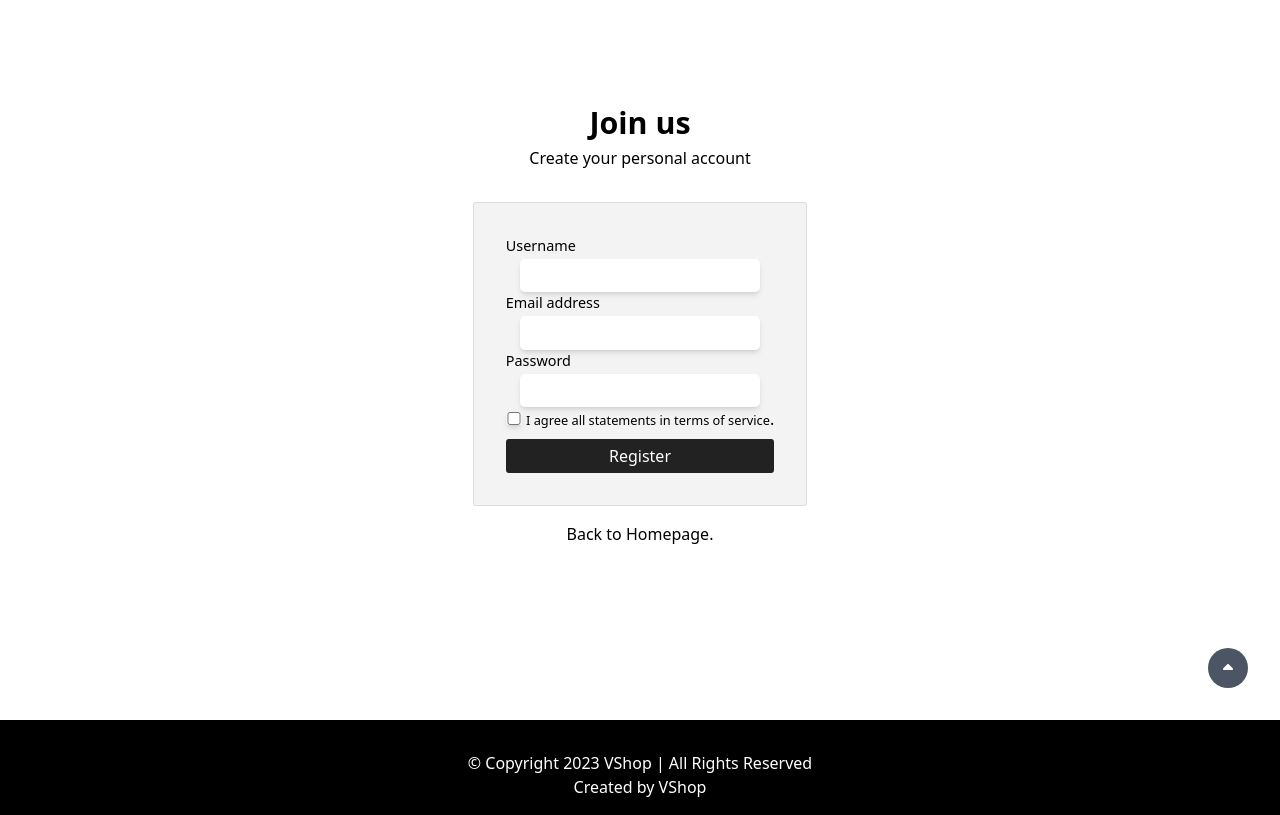
Repository: Kith933UTH/VSHOP
Page: /register
These files come from the project's save history. The page is drawn as it stood at one moment and after the next save; the edit follows.
The browser window is 1280 px wide. The pictures show the whole page.
Pictures or frames that could not be fetched are drawn as grey boxes. The project was rebuilt for these pictures with package versions that can differ from the ones it lists, and the page was loaded fresh each time. Also part of the build but not shown: src/components/product-item/ProductItem.js, src/components/loader/Loader.js, src/constants/constants.js, src/components/product-filters/Category.js, src/components/product-filters/Price.js, src/components/product-filters/Rating.js, src/components/product-filters/ProductFilters.js, src/components/cart-shopping/CartEmpty.js and 18 more.

Above is the page before, as saved 2023-08-02 15:56:36.

After the next save:
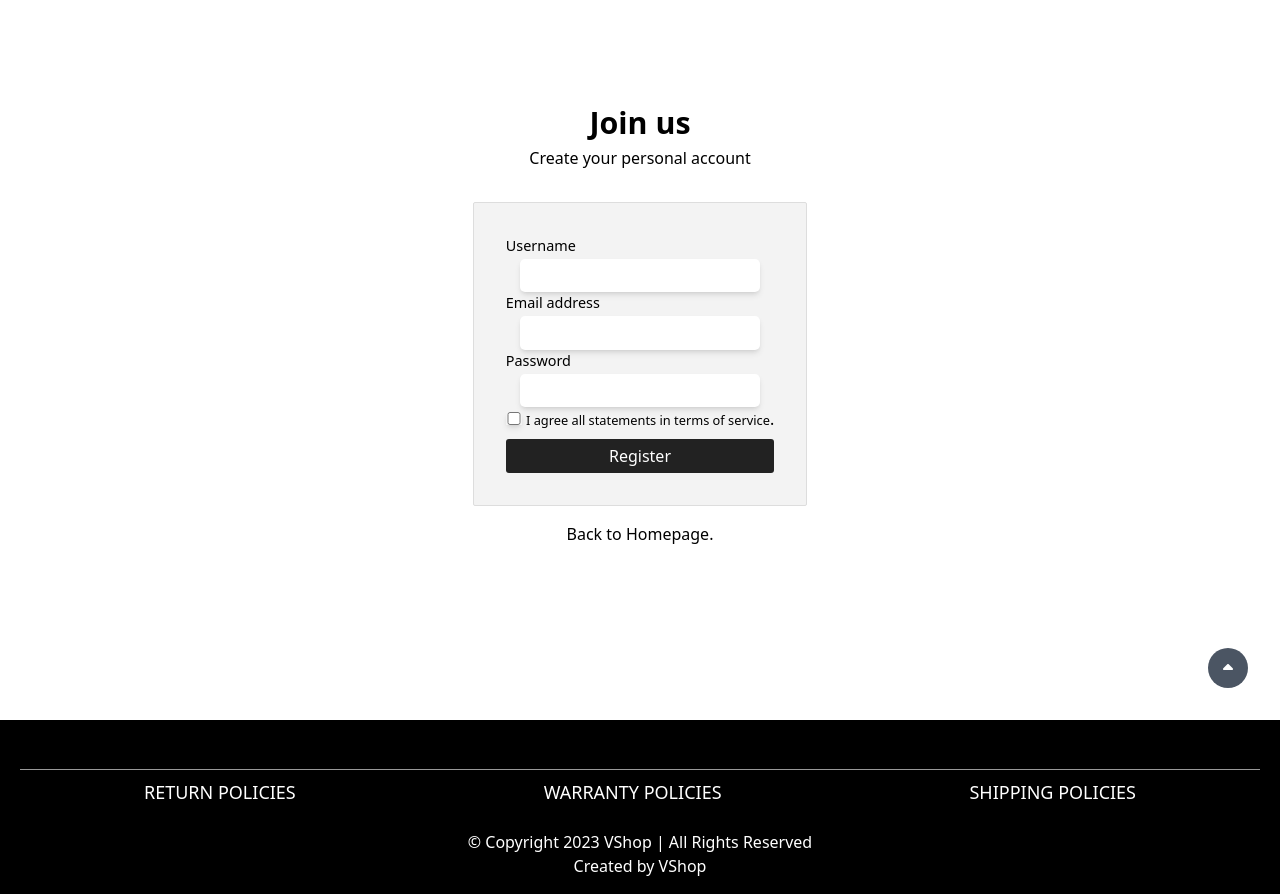
Saved 4 min 33 s later.
--- a/src/components/contact/reponsive.css
+++ b/src/components/contact/reponsive.css
@@ -1,6 +1,6 @@
 @media screen and (max-width: 1360px) {
     .contact-section {
-        height: 96vh;
+        height: 107vh;
     }
     .form-area .form-wrap {
         width: 90%;

After the 2 saves that followed:
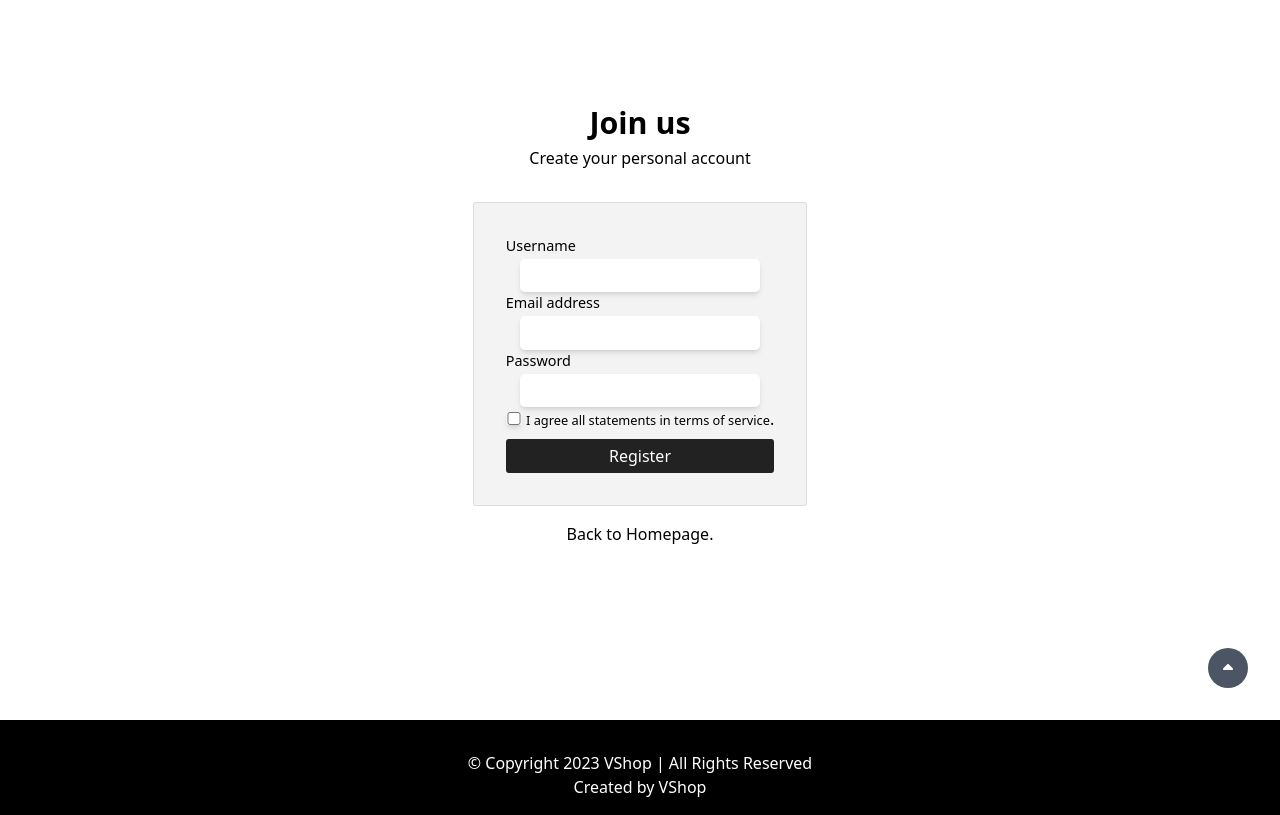
The 2 saves are shown as one change because 1 left the picture as it was.
The last was saved 3 min 35 s later.
--- a/src/components/contact/reponsive.css
+++ b/src/components/contact/reponsive.css
@@ -1,7 +1,7 @@
 @media screen and (max-width: 1360px) {
-    .contact-section {
+    /* .contact-section {
         height: 107vh;
-    }
+    } */
     .form-area .form-wrap {
         width: 90%;
         height: 620px;
@@ -63,7 +63,7 @@
     }
 }
 
-@media screen and (max-width: 760px) {
+@media screen and (max-width: 770px) {
     .contact-section {
         height: 1100px;
     }
